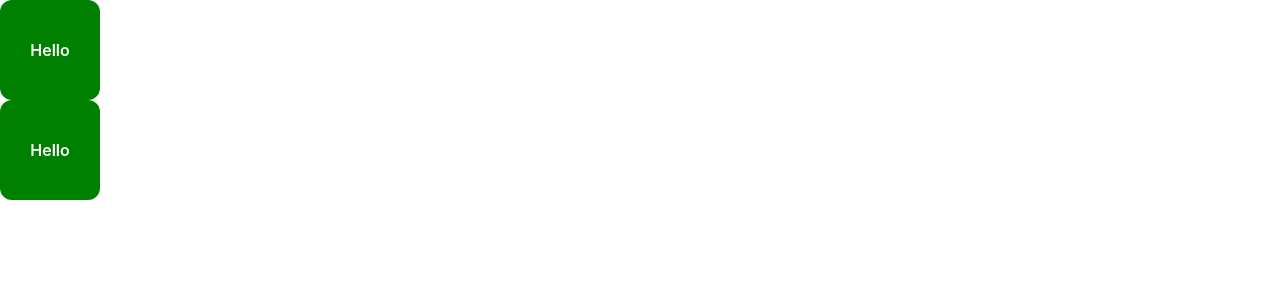
Repository: jr-frazier/visx-test
Page: /svg/1/Square
These files come from the project's save history. The page is drawn as it stood at one moment and after the next save; the edit follows.
The browser window is 1280 px wide. The pictures show the whole page.
The project was rebuilt for these pictures with package versions that can differ from the ones it lists, and the page was loaded fresh each time. The framework's server and built-in components were replaced by stand-ins that run in the browser. Also part of the build but not shown: next.config.js.

Above is the page before, as saved 2022-05-09 06:15:40.

After the next save:
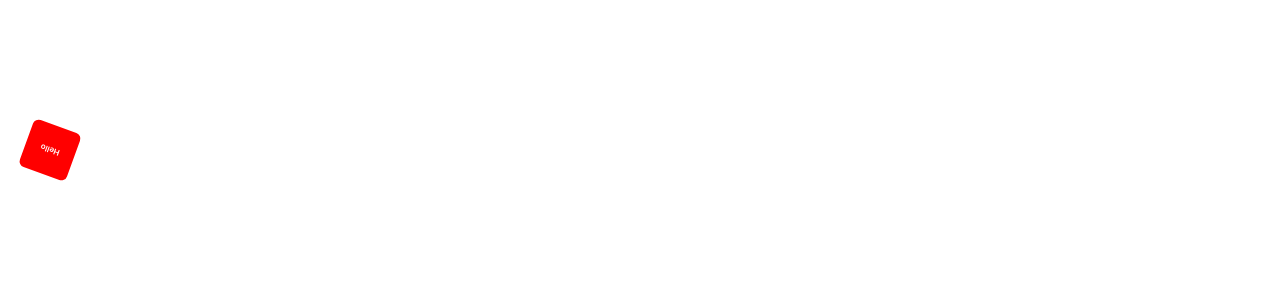
Saved 64 s later.
--- a/pages/svg/1/Square.tsx
+++ b/pages/svg/1/Square.tsx
@@ -26,8 +26,8 @@ export default function Squares({ squares }: { squares: number }) {
         });
     });
     return (
-        <>
-            <div
+        <div ref={boxRef}>
+            {/* <div
                 style={{
                     width: '100px',
                     height: '100px',
@@ -62,8 +62,8 @@ export default function Squares({ squares }: { squares: number }) {
                 ref={boxRef}
             >
                 Hello
-            </div>
-            {/* {squaresArray.map((_, index) => {
+            </div> */}
+            {squaresArray.map((_, index) => {
                 return (
                     <div
                         key={index}
@@ -80,12 +80,11 @@ export default function Squares({ squares }: { squares: number }) {
                             color: 'white',
                         }}
                         className="box"
-                        ref={boxRef}
                     >
                         Hello
                     </div>
                 );
-            })} */}
-        </>
+            })}
+        </div>
     );
 }
